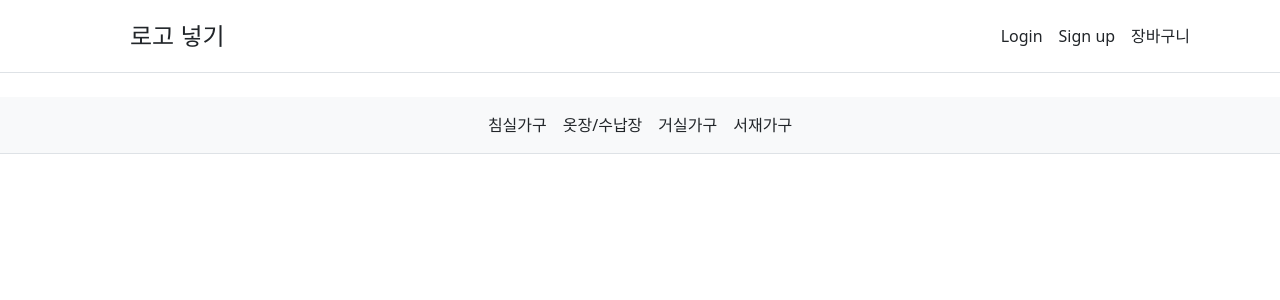
Repository: raoniee/Elice-House-Project
Page: FE/src/components/header/header.html
The author's editor kept a copy of each file at every save. The page is drawn from the files as they stood at one save, then again after the next save.
The browser window is 1280 px wide. The pictures show the whole page.

Above is the page before, as saved 2023-07-04 16:13:03.

### FE/src/components/header/header.html
<!DOCTYPE html>
<html lang="ko">
  <head>
    <meta charset="UTF-8" />
    <meta http-equiv="X-UA-Compatible" content="IE=edge" />
    <meta name="viewport" content="width=device-width, initial-scale=1.0" />
    <title>Elice-House</title>
    <link
      href="https://cdn.jsdelivr.net/npm/bootstrap@5.2.3/dist/css/bootstrap.min.css"
      rel="stylesheet"
      integrity="sha384-rbsA2VBKQhggwzxH7pPCaAqO46MgnOM80zW1RWuH61DGLwZJEdK2Kadq2F9CUG65"
      crossorigin="anonymous"
    />
  </head>

  <body>
    <header class="py-3 mb-4 border-bottom">
      <div class="container d-flex flex-wrap justify-content-center">
        <a
          href="/"
          class="d-flex align-items-center mb-3 mb-lg-0 me-lg-auto text-dark text-decoration-none"
        >
          <svg class="bi me-2" width="40" height="32">
            <use xlink:href="#bootstrap" />
          </svg>
          <span class="fs-4">로고 넣기</span>
        </a>
        <ul class="nav">
          <li class="nav-item">
            <a href="#" class="nav-link link-dark px-2">Login</a>
          </li>
          <li class="nav-item">
            <a href="#" class="nav-link link-dark px-2">Sign up</a>
          </li>
          <li class="nav-item">
            <a href="#" class="nav-link link-dark px-2">장바구니</a>
          </li>
        </ul>
      </div>
    </header>
    <nav class="py-2 bg-light border-bottom">
      <div class="container">
        <ul class="nav me-auto d-flex flex-wrap justify-content-center">
          <li class="nav-item">
            <a href="#" class="nav-link link-dark px-2">침실가구</a>
          </li>
          <li class="nav-item">
            <a href="#" class="nav-link link-dark px-2">옷장/수납장</a>
          </li>
          <li class="nav-item">
            <a href="#" class="nav-link link-dark px-2">거실가구</a>
          </li>
          <li class="nav-item">
            <a href="#" class="nav-link link-dark px-2">서재가구</a>
          </li>
        </ul>
      </div>
    </nav>
    <script
      src="https://cdn.jsdelivr.net/npm/bootstrap@5.2.3/dist/js/bootstrap.bundle.min.js"
      integrity="sha384-kenU1KFdBIe4zVF0s0G1M5b4hcpxyD9F7jL+jjXkk+Q2h455rYXK/7HAuoJl+0I4"
      crossorigin="anonymous"
    ></script>
  </body>
</html>

After the next save:
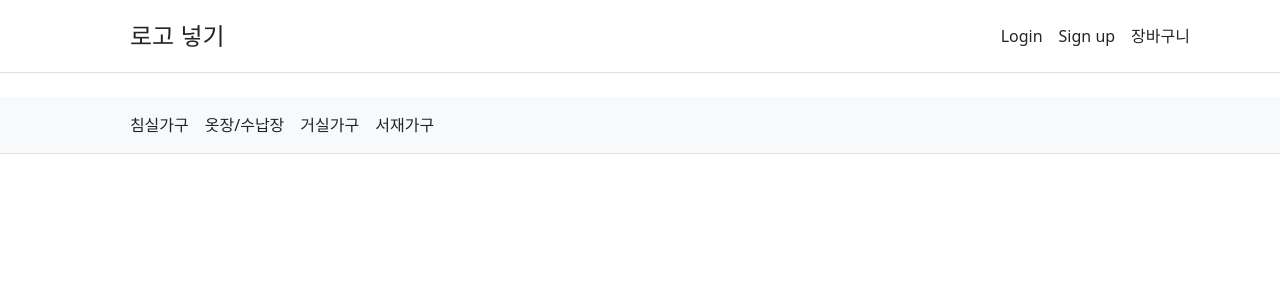
Saved 3 min 2 s later.
--- a/FE/src/components/header/header.html
+++ b/FE/src/components/header/header.html
@@ -40,7 +40,10 @@
     </header>
     <nav class="py-2 bg-light border-bottom">
       <div class="container">
-        <ul class="nav me-auto d-flex flex-wrap justify-content-center">
+        <ul
+          class="nav me-auto d-flex flex-wrap justify-content-center"
+          style="width: 400px"
+        >
           <li class="nav-item">
             <a href="#" class="nav-link link-dark px-2">침실가구</a>
           </li>
